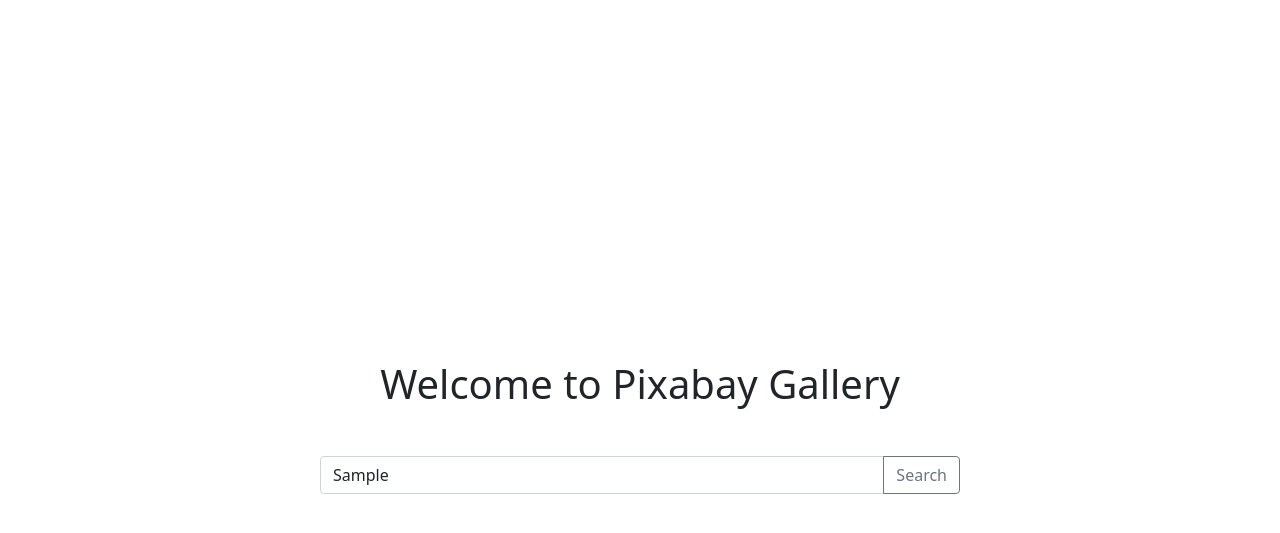
Repository: mehedi9465/PixaBay-Gallery
Page: index.html
These files come from the project's save history. The page is drawn as it stood at one moment and after the next save; the edit follows.
The browser window is 1280 px wide. The pictures show the whole page.
Empty fields were first filled with sample values (such as "Sample", 5 or name@example.com).
After loading, the first visible `#button-addon3` was clicked once.
The page's requests for data from a server got no answer.

Above is the page before, as saved 2023-05-09 15:22:55.

### index.html
<!DOCTYPE html>
<html lang="en">
  <head>
    <meta charset="UTF-8" />
    <meta http-equiv="X-UA-Compatible" content="IE=edge" />
    <meta name="viewport" content="width=device-width, initial-scale=1.0" />
    <title>Pixabay</title>
    <link
      rel="shortcut icon"
      href="https://pixabay.com/favicon-32x32.png"
      type="image/x-icon"
    />
    <link
      href="https://cdn.jsdelivr.net/npm/bootstrap@5.1.1/dist/css/bootstrap.min.css"
      rel="stylesheet"
      integrity="sha384-F3w7mX95PdgyTmZZMECAngseQB83DfGTowi0iMjiWaeVhAn4FJkqJByhZMI3AhiU"
      crossorigin="anonymous"
    />
    <script
      src="https://cdn.jsdelivr.net/npm/bootstrap@5.1.1/dist/js/bootstrap.bundle.min.js"
      integrity="sha384-/bQdsTh/da6pkI1MST/rWKFNjaCP5gBSY4sEBT38Q/9RBh9AH40zEOg7Hlq2THRZ"
      crossorigin="anonymous"
    ></script>
    <link rel="stylesheet" href="css/style.css" />
  </head>
  <body>
    <main>
      <div id="permanentTxt" class="input-group mt-5 mb-5 w-50 mx-auto overflow-hidden d-none">
        <input
          type="text"
          class="form-control"
          placeholder="Recipient's username"
          aria-label="Recipient's username"
          aria-describedby="button-addon2"
          id="InputField"
        />
        <button
          class="btn btn-outline-secondary"
          type="button"
          id="button-addon2"
        >
          Search
        </button>
      </div>

      <div id="welcomeTxt" class="position-relative" style="height: 80vh">
        <div
          class="text-center position-absolute start-0 end-0 top-50 bottom-50"
        >
          <h1>Welcome to Pixabay Gallery</h1>
          <div class="input-group mt-5 mb-5 w-50 mx-auto overflow-hidden">
            <input
              type="text"
              class="form-control"
              placeholder="Recipient's username"
              aria-label="Recipient's username"
              aria-describedby="button-addon2"
              id="InputField"
            />
            <button
              class="btn btn-outline-secondary"
              type="button"
              id="button-addon3"
            >
              Search
            </button>
          </div>
        </div>
      </div>
      <div
        id="details"
        class="text-center mb-5 position-relative overflow-auto"
      ></div>

      <div
        id="image-Container"
        class="row row-cols-1 row-cols-md-4 g-4 overflow-hidden"
      ></div>
    </main>

    <!-- <main>
      <div class="position-relative" style="height: 80vh">
        <div
          class="text-center fs-1 position-absolute top-50 bottom-50 start-0 end-0 m-auto"
        >
          <h1 id="welcometxt" class="text-center fs-1">
            Welcome to Pixabay Gallery
          </h1>
          <div class="input-group mt-5 mb-5 w-50 mx-auto overflow-hidden">
            <input
              type="text"
              class="form-control"
              placeholder="Recipient's username"
              aria-label="Recipient's username"
              aria-describedby="button-addon2"
              id="InputField"
            />
            <button
              class="btn btn-outline-secondary"
              type="button"
              id="button-addon2"
            >
              Search
            </button>
          </div>
        </div>
      </div>

      <div
        id="details"
        class="text-center mb-5 position-relative overflow-auto"
      ></div>

      <div
        id="image-Container"
        class="row row-cols-1 row-cols-md-4 g-4 overflow-hidden"
      ></div>
    </main> -->

    <script src="js/script.js"></script>
  </body>
</html>

### css/style.css
.col img{
    width: 450px;
    height: 350px;
    object-fit: cover;
}

### js/script.js
const KEY = "12991928-c7c6409774c494db9971343c7";
let dataList = [];

const getData = (query) => {
  fetch(
    `https://pixabay.com/api/?key=${KEY}&q=${query}&image_type=photo&pretty=true`
  )
    .then((response) => response.json())
    .then((data) => loadData(data.hits))
    .catch((err) => console.log(err));
};

document.getElementById("button-addon2").addEventListener("click", () => {
  const inputValue = document.getElementById("InputField").value;
  getData(inputValue);
});

document.getElementById("button-addon3").addEventListener("click", () => {
  const inputValue = document.getElementById("InputField").value;
  getData(inputValue);
  document.getElementById("welcomeTxt").removeAttribute("class", "d-none");
  document.getElementById("permanentTxt").setAttribute("class", "d-none");
});

const loadData = (datas) => {
  dataList = [...datas];
  if (datas.length === 0) {
    alert("No result found");
    return;
  }
  const imageContainer = document.getElementById("image-Container");
  imageContainer.innerHTML = "";
  datas.forEach((data) => {
    let imgSerial = datas.indexOf(data);
    const appendDiv = document.createElement("div");
    appendDiv.innerHTML = `
        <div id="image" class="col text-center" onclick="loadDetails('${data.largeImageURL}', '${imgSerial}')">
            <img src="${data.largeImageURL}" class="card-img-top" alt="...">
        </div>
        `;
    imageContainer.appendChild(appendDiv);
  });
};

const detailDiv = document.getElementById("details");

document.getElementById("InputField").addEventListener("click", () => {
  document.getElementById("InputField").value = "";
});

const loadDetails = (data, imgSerial) => {
  // console.log(imgSerial);
  const img = document.createElement("img");
  img.setAttribute("src", data);

  const nextBTN = document.createElement("span");
  // nextBTN.innerHTML = `<button class="btn btn-secondary border-0 outline-0">Next</button>`
  nextBTN.innerHTML = `<img src="https://cdn-icons-png.flaticon.com/512/892/892528.png" width='80' class="position-absolute end-0 top-50 bottom-50 m-auto cursor-pointer" alt="..." onclick="onNext('${imgSerial}')" />`;

  const prevBTN = document.createElement("span");
  // prevBTN.innerHTML = `<button class="btn btn-secondary border-0 outline-0">Prev</button>`
  prevBTN.innerHTML = `<img src="https://cdn-icons-png.flaticon.com/512/892/892512.png" width='80' class="position-absolute start-0 top-50 bottom-50 m-auto cursor-pointer" alt="..." onclick="onPrev('${imgSerial}')" />`;

  detailDiv.innerHTML = "";
  detailDiv.append(prevBTN);
  detailDiv.appendChild(img);
  detailDiv.append(nextBTN);
};

const onNext = (imgSerial) => {
  if (imgSerial >= 0 && imgSerial <= 18) {
    imgSerial++;
    const data = dataList[imgSerial];
    loadDetails(data.largeImageURL, imgSerial);
  } else if (imgSerial == 19) {
    imgSerial = 0;
    const data = dataList[imgSerial];
    loadDetails(data.largeImageURL, imgSerial);
  }
};

const onPrev = (imgSerial) => {
  if (imgSerial <= 19 && imgSerial >=1) {
    imgSerial--;
    const data = dataList[imgSerial];
    loadDetails(data.largeImageURL, imgSerial);
  } else if (imgSerial == 0) {
    imgSerial = 19;
    const data = dataList[imgSerial];
    loadDetails(data.largeImageURL, imgSerial);
  }
};

// const nextBTN = ' <span><img class="border-0 outline-0" src="https://cdn-icons-png.flaticon.com/512/892/892512.png" alt="Prev" width="200"></span>'
// const prevBTN = '<span><img src="https://cdn-icons-png.flaticon.com/512/892/892528.png" alt="Next" width="200"></span>'

After the next save:
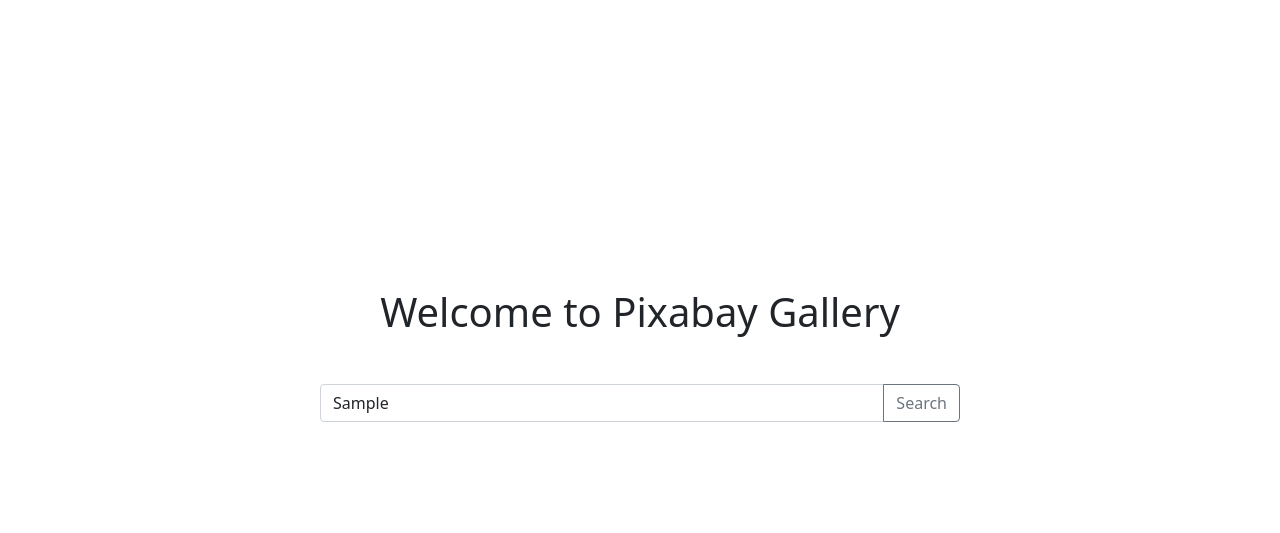
Saved 9 s later.
--- a/js/script.js
+++ b/js/script.js
@@ -18,7 +18,7 @@
 document.getElementById("button-addon3").addEventListener("click", () => {
   const inputValue = document.getElementById("InputField").value;
   getData(inputValue);
-  document.getElementById("welcomeTxt").removeAttribute("class", "d-none");
+  document.getElementById("permanentTxt").removeAttribute("class", "d-none");
   document.getElementById("permanentTxt").setAttribute("class", "d-none");
 });
 
